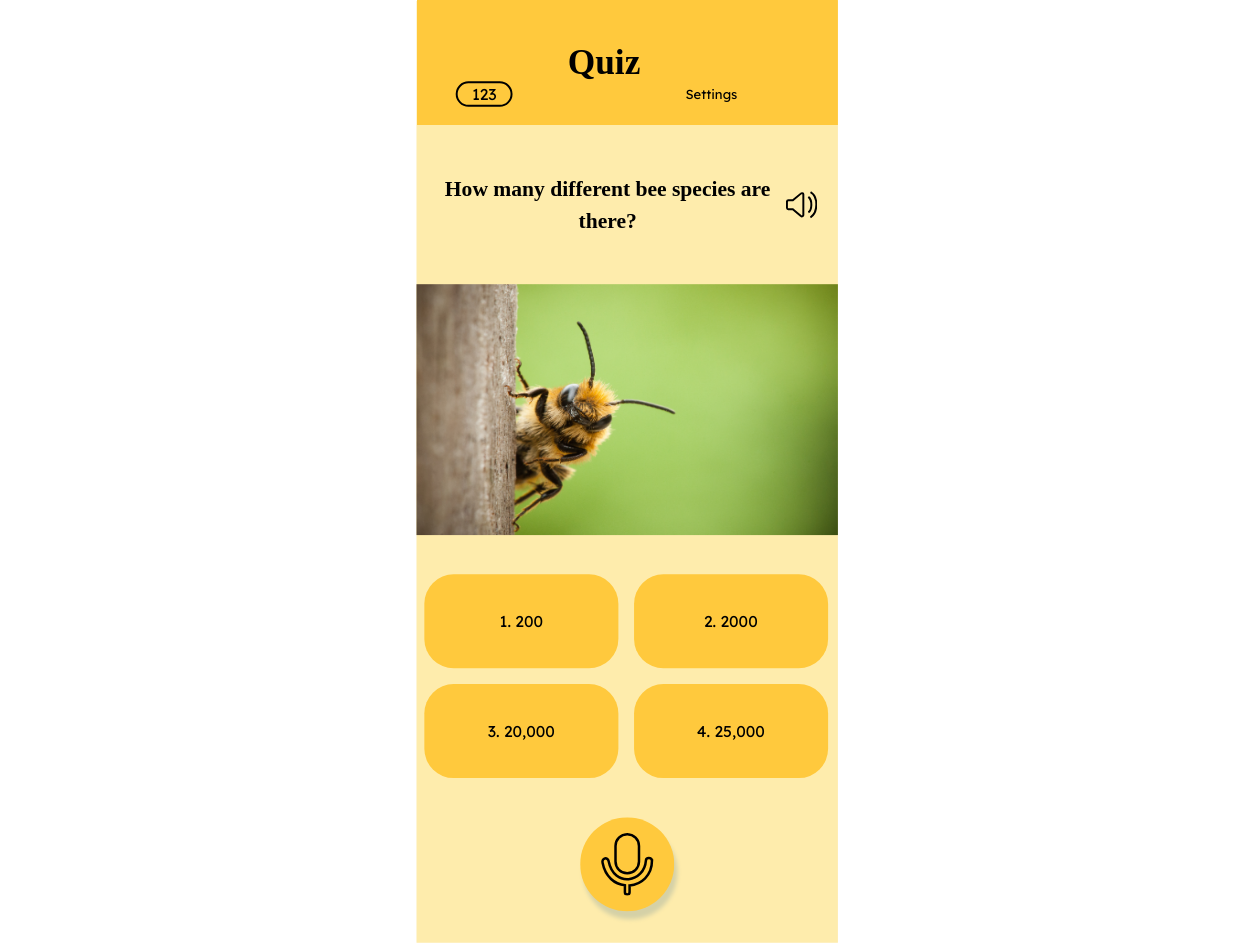
Repository: kellyzyhuang/HiveFive
Page: /Quiz
An editor plug-in stored every save of this project. The page is shown before and after the next save, followed by the edit.
The browser window is 1280 px wide. The pictures show the whole page, at 98% of full size.
Some web fonts or font styles are not loaded; a fallback is used. The project was rebuilt for these pictures with package versions that can differ from the ones it lists, and the page was loaded fresh each time. The framework's server and built-in components were replaced by stand-ins that run in the browser. Also part of the build but not shown: next.config.js, components/QuizResults/QuizResults.module.css, components/QuizResults/index.js, components/QuizPopup/QuizPopup.module.css, components/QuizPopup/index.js.

Above is the page before, as saved 2024-04-07 19:43:33.

### pages/Quiz.js
import { useState } from "react";
import { quiz } from '../data/inventory.js';
import Header from "@/components/Header/index.js";
import styles from "@/styles/Quiz.module.css";
import QuizResults from "@/components/QuizResults";
import QuizPopup from "@/components/QuizPopup";

export default function Quiz() {
  const [currentQuestionNumber, setCurrentQuestionNumber] = useState(0);
  const [points, setPoints] = useState(0);
  const [popup, setPopup] = useState(false);
  const [isCorrectAnswer, setIsCorrectAnswer] = useState(false);
  const [correctAnswersTotal, setCorrectAnswersTotal] = useState(0);
  const [quizComplete, setQuizComplete] = useState(false);
  const currentQuestion = quiz.questions[currentQuestionNumber];

  const displayAnswer = (option) => {
    const isCorrect = option == currentQuestion.answer;
    setIsCorrectAnswer(isCorrect);
    setPopup(true);

    if (isCorrect) {
      setPoints(points + 5);
      setCorrectAnswersTotal(correctAnswersTotal + 1);
    }
  };

  const nextQuestion = () => {
    setPopup(false);
    const nextQuestionIndex = currentQuestionNumber + 1;

    if (nextQuestionIndex < quiz.questions.length) {
      setCurrentQuestionNumber(nextQuestionIndex);
    } else {
      setQuizComplete(true);
    }
  };

  const restartQuiz = () => {
    setCurrentQuestionNumber(0);
    setCorrectAnswersTotal(0);
    setQuizComplete(false);
  };

  if (quizComplete) {
    return <QuizResults
             correctAnswersTotal={correctAnswersTotal}
             questionCount={quiz.questions.length}
             onRestart={restartQuiz}
            />;
  };

  return (
    <>
      <div className={styles.screen}>
        <Header title="Quiz"/>
        <div className={styles.buffer}></div>
        <div className={styles.questionHead}>
          <h1 className={styles.question}>{currentQuestion.question}</h1>
          <img className={styles.speaker} src={"/images/speaker_icon.svg"} width={1} height={1}/>
        </div>
        <img className={styles.gameBanner} src={"/images/peekaboo_bee.jpeg"} width={1} height={1}/>
        <div className={styles.optionContainer}>
          {currentQuestion.options.map((option, index) => (
            <div key={index} className={styles.option} onClick={() => displayAnswer(option)}>
              <p>{index + 1}. {option}</p>
            </div>
          ))}
        </div>
        {popup && (
          <QuizPopup
            isCorrect={isCorrectAnswer}
            answer={currentQuestion.answer}
            onNextQuestion={nextQuestion}
          />
        )}
        <img className={styles.microphone} src={"/images/mic_icon.svg"} width={1} height={1}></img>
      </div>
    </>
  );
}

### styles/globals.css
:root {
  --secondary-color: #FEECAC;
  --accent-color: #FFC93D;
  --tertiary-color: #4D6A58;
  --black-text: #0000;
  --incorrect: #851313;
  --correct: #1E3E19;
  --shadow: #D5D1A7;
}

### data/inventory.js
export const quiz = {
  questions: [
    {
      id: 1,
      question: "How many different bee species are there?",
      options: ["200", "2000", "20,000", "25,000"],
      answer: "25,000",
    },
    {
      id: 2,
      question: "How fast can a honeybee fly?",
      options: ["5km/h", "10km/h", "24km/h", "20km/h"],
      answer: "24km/h",
    },
    {
      id: 3,
      question: "On average, how much honey does a honey bee worker produce in her lifetime?",
      options: ["1 cup", "1/12 tablespoon", "1 teaspoon", "1/12 teaspoon"],
      answer: "1/12 teaspoon",
    },
    {
      id: 4,
      question: "How many flower visits does it take to make one pound of honey?",
      options: ["200", "4000", "2,000,000", "200,000"],
      answer: "2,000,000",
    },
    {
      id: 5,
      question: "How many hours do honeybees sleep a night?",
      options: ["0", "3", "8", "12"],
      answer: "0",
    }
  ]
}

### components/Header/index.js
import styles from './Header.module.css';
import Image from 'next/image';
import Link from 'next/link';

export default function Header({ title }) {
  return(
    <header className={styles.header}>
      {/* <Image src="/images/bee.png" alt="bee icon" width={1} height={1}/>  */}
      {/* exit button will be here */}
      <ul className={styles.list}>
        <li className={styles.listItem}>
          <div className={styles.counter}>123</div>
        </li>
        <li className={styles.listItem}>
          <h1 className={styles.pageTitle}>{title}</h1>
        </li>
        <li className={styles.listItem}>
          <button className={styles.settings}><Link href="/Settings"><Image className={styles.settingsImg}/>Settings</Link></button>
        </li>
      </ul>
    </header>
  )
}

### styles/Quiz.module.css
@import url('https://fonts.googleapis.com/css2?family=Besley:ital,wght@0,400..900;1,400..900&family=Lexend:wght@100..900&display=swap');

.screen {
    width: 430px;
    height: 100%;
    background-color: var(--secondary-color);
    margin: -7px auto;
    display: flex;
    flex-wrap: wrap;
    justify-content: center;
    font-family: 'Lexend', sans-serif;
  }

  .question{
    font-size: 1.375rem;
    text-align: center;
    margin-right: 0.5rem;
    line-height: 2.1rem;
    font-family: 'Besley', serif;
  }

  .buffer{
    height: 10rem;
    width: 100%;
  }

  .speaker {
    width: 2rem;
    height: 2rem;
  }

  .gameBanner {
    width: 100%;
    background-color: var(--accent-color);
    height: 16rem;
    margin: 2rem 0;
  }

  .questionHead {
    display: flex;
    width: 90%;
    align-items: center;
    justify-content: space-between;
  }

  .option {
    width: 46%;
    height: 6rem;
    border-radius: 30px;
    margin: 0.5rem;
    background-color: var(--accent-color);
    display: flex;
    justify-content: center;
    align-items: center;
  }

  .optionContainer {
    display: flex;
    flex-wrap: wrap;
    width: 100%;
  }

  .microphone {
    background-color: var(--accent-color);
    height: 4rem;
    width: 4rem;
    margin: 2rem 0;
    padding: 1rem;
    border-radius: 50%;
    box-shadow: 0.2rem 0.5rem 0.3rem var(--shadow);
  }

### components/Header/Header.module.css
.header {
  background-color: var(--accent-color);
  height: 8rem;
  width: 430px;
  position: fixed;
  top: 0;
  z-index: 1000;
  display: flex;
}

.list {
  list-style-type: none;
  display: flex;
  justify-content: space-between;
  align-items: center;
}

.pageTitle {
  font-size: 2.25rem;
  width: 100%;
  transform: translate(-0.5rem);
  font-family: 'Besley', serif;
}

.counter {
  border: 2px solid black;
  width: 3rem;
  height: 1rem;
  padding: 0.2rem;
  margin-right: 4rem;
  border-radius: 20px;
  background-color: none;
  display: flex;
  justify-content: center;
  align-items: center;
  margin-top: 4rem;
}

.settings {
  transform: translate(2rem);
  margin-top: 4rem;
  margin-right: 15rem;
  background-color: inherit;
  border: none;
  font-family: 'Lexend', sans-serif;
}

.settings a{
  color: black;
  text-decoration: none;
}

Loaded but not shown: pages/_app.js (common file); pages/_document.js (common file)

After the next save:
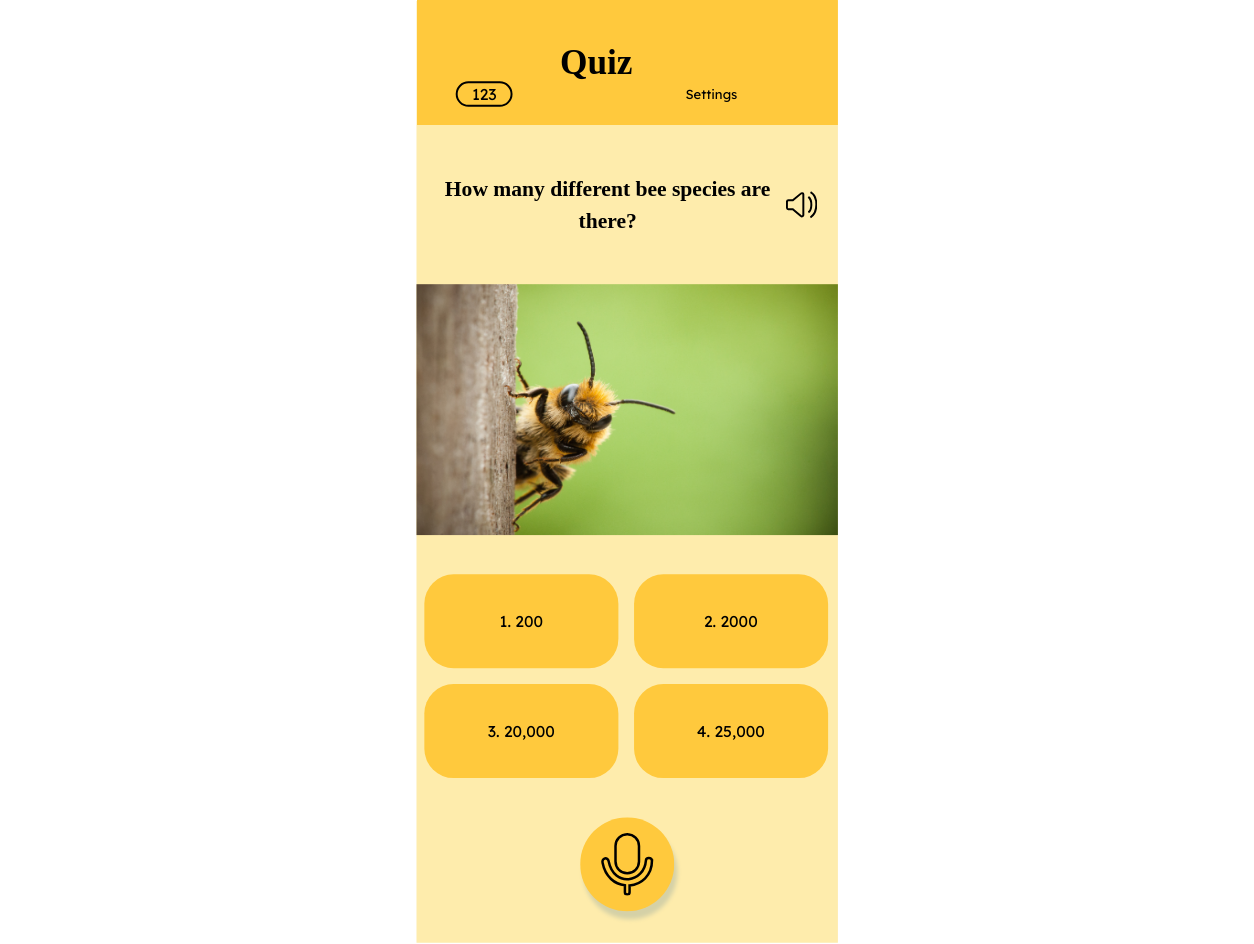
Saved 93 s later.
--- a/components/Header/Header.module.css
+++ b/components/Header/Header.module.css
@@ -18,7 +18,7 @@
 .pageTitle {
   font-size: 2.25rem;
   width: 100%;
-  transform: translate(-0.5rem);
+  transform: translate(-1rem);
   font-family: 'Besley', serif;
 }
 
